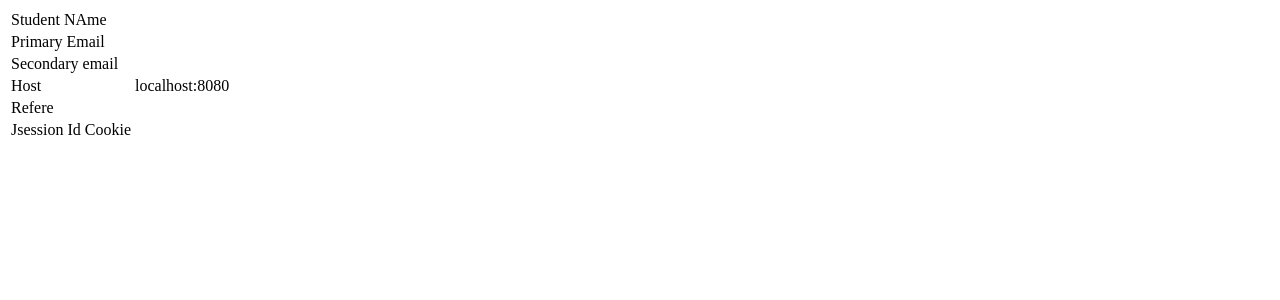
Repository: loky91/MYLABSONLY
Page: http://localhost/Lab8_ELexpression/show.jsp
These files come from the project's save history. The page is drawn as it stood at one moment and after the next save; the edit follows.
The browser window is 1280 px wide. The pictures show the whole page.
The page is served by Tomcat 9. Other server files are loaded and not shown.

Above is the page before, as saved 2017-07-08 23:19:27.

### J2EE-JSP/Lab8_ELexpression/WebContent/show.jsp
<%@ page language="java" contentType="text/html; charset=ISO-8859-1"
    pageEncoding="ISO-8859-1"%>
<!DOCTYPE html PUBLIC "-//W3C//DTD HTML 4.01 Transitional//EN" "http://www.w3.org/TR/html4/loose.dtd">
<html>
<head>
<meta http-equiv="Content-Type" content="text/html; charset=ISO-8859-1">
<title>Insert title here</title>
</head>
<body>

<table>
<tr>
<td>
Student NAme
</td>
<td>
 ${param.sname}
</td>
</tr>

<tr>
<td>
Primary Email
</td>
<td>
 ${paramValues.email[0]}
</td>
</tr>


<tr>
<td>
Secondary email
</td>
<td>
 ${param.email[1]}
</td>
</tr>


<tr>
<td>
Host
</td>
<td>
 ${header.host}
</td>
</tr>

<tr>
<td>
Refere
</td>
<td>
 ${header.referer}
</td>
</tr>

<tr>
<td>
Jsession Id Cookie
</td>
<td>
  ${cookie.JSESSIONID.value}
</td>
</tr>
</table>


</body>
</html>

After the next save:
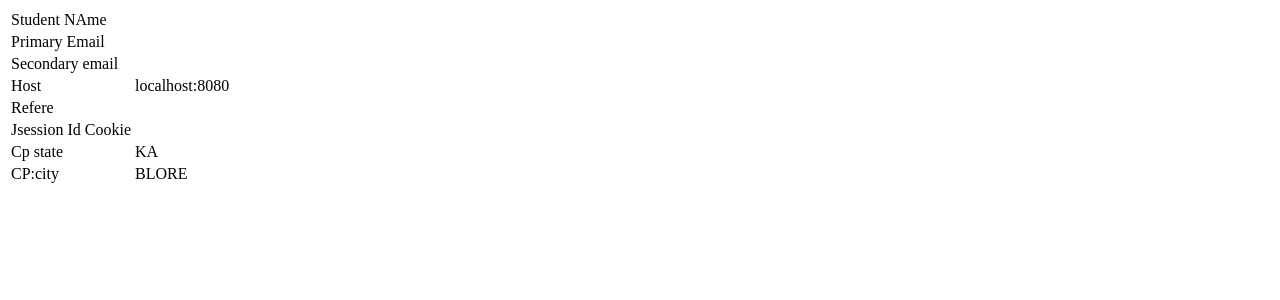
Saved 2 min 48 s later.
--- a/J2EE-JSP/Lab8_ELexpression/WebContent/show.jsp
+++ b/J2EE-JSP/Lab8_ELexpression/WebContent/show.jsp
@@ -64,6 +64,25 @@ Jsession Id Cookie
   ${cookie.JSESSIONID.value}
 </td>
 </tr>
+
+
+<tr>
+<td>
+Cp state
+</td>
+<td>
+ ${initParam.state}
+</td>
+</tr>
+
+<tr>
+<td>
+CP:city
+</td>
+<td>
+ ${initParam.city}
+</td>
+</tr>
 </table>
 
 
